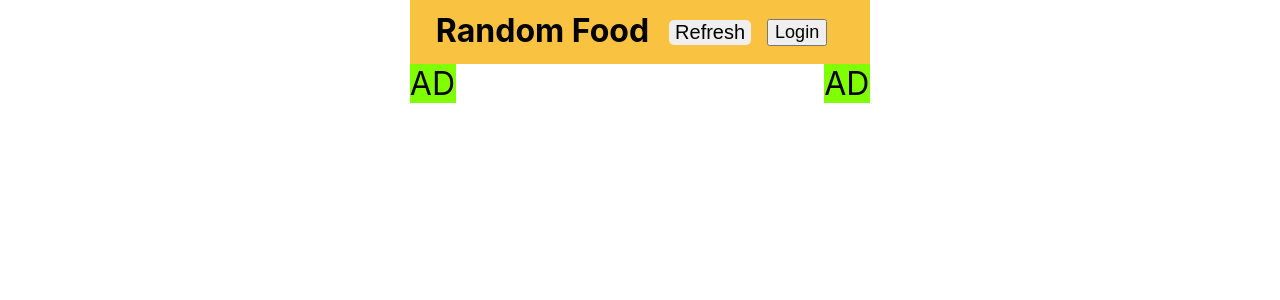
Repository: limjoohyun2030/random-food
Page: /random-food/home
The author's editor kept a copy of each file at every save. The page is drawn from the files as they stood at one save, then again after the next save.
The browser window is 1280 px wide. The pictures show the whole page.
The page's requests for data from a server got no answer. The project was rebuilt for these pictures with package versions that can differ from the ones it lists, and the page was loaded fresh each time. A package was used in the major version that the imports need, not the one package.json lists. No one was signed in, and anything a server would have sent is missing. Also part of the build but not shown: src/components/food_detail/food_detail.module.css, src/components/food_detail/food_detail.jsx, src/components/food_item/food_item.module.css, src/components/food_item/food_item.jsx, src/components/login/login.module.css, src/components/login/login.jsx.

Above is the page before, as saved 2021-11-11 03:02:19.

After the next save:
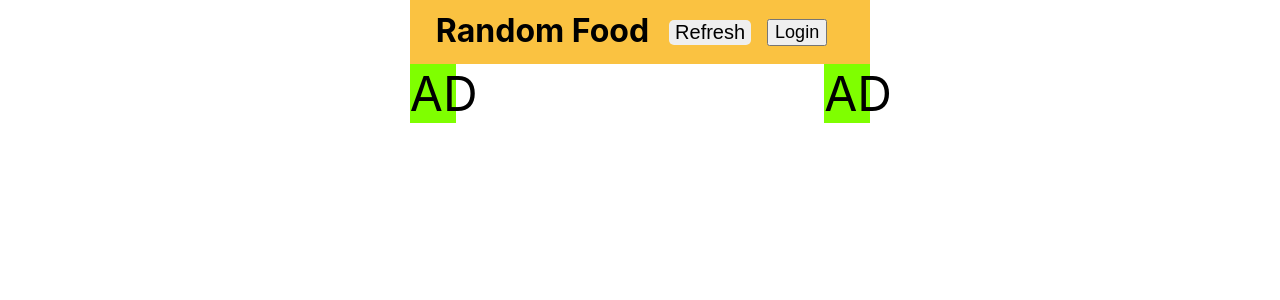
Saved 33 s later.
--- a/src/components/food_list/food_list.module.css
+++ b/src/components/food_list/food_list.module.css
@@ -15,14 +15,14 @@
 
 .sidebarLeft {
   background-color: chartreuse;
-  font-size: 2em;
+  font-size: 3em;
   width: 10%;
   cursor: pointer;
 }
 
 .sidebarRight {
   background-color: chartreuse;
-  font-size: 2em;
+  font-size: 3em;
   width: 10%;
   cursor: pointer;
 }
